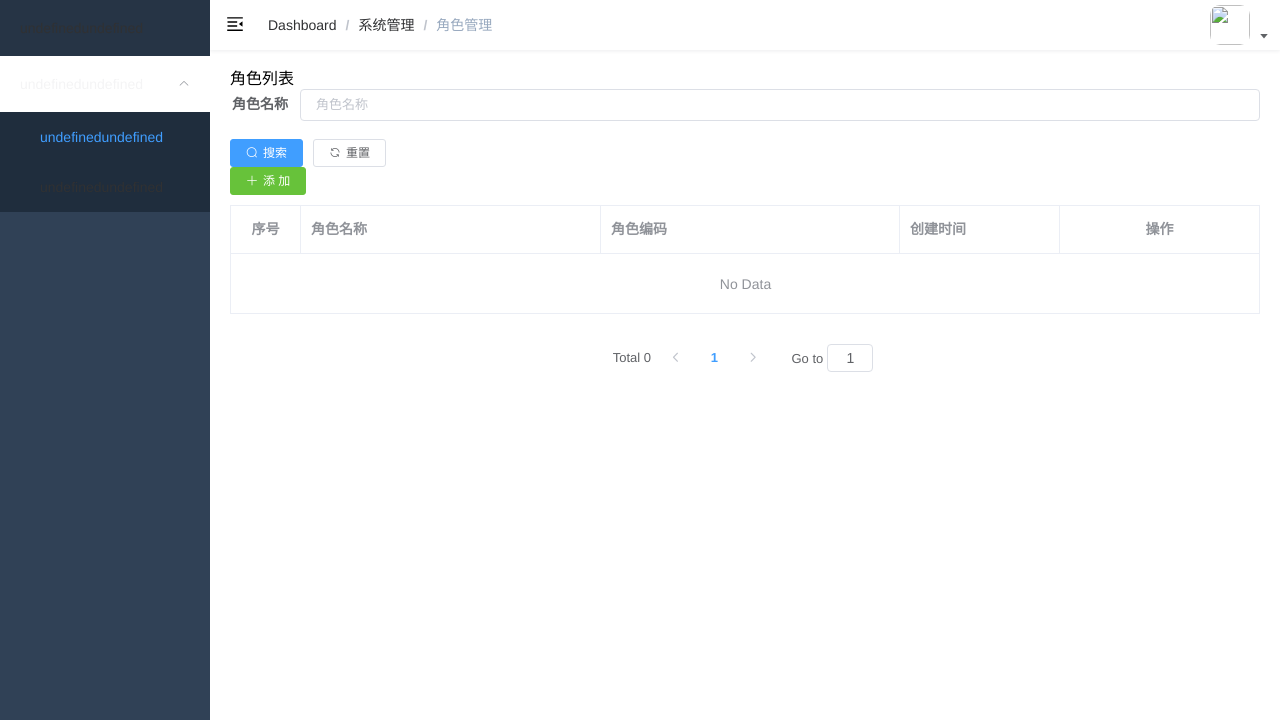
Repository: Ragnarokoo/perm-auth-front
Page: /#/system/sysRole (app in system-front/)
These files come from the project's save history. The page is drawn as it stood at one moment and after a run of saves; the edit follows.
The browser window is 1280 px wide. The pictures show the whole page.
The page's requests for data from a server got no answer. The project was rebuilt for these pictures with package versions that can differ from the ones it lists, and the page was loaded fresh each time. No one was signed in, and anything a server would have sent is missing. Also part of the build but not shown: system-front/vue.config.js, system-front/src/layout/components/Sidebar/Logo.vue, system-front/src/styles/variables.scss, system-front/src/components/SvgIcon/index.vue. Imported but missing from the stored project, and not drawn on this page: system-front/src/permission.

Above is the page before, as saved 2022-11-01 12:19:09.

After the next 2 saves:
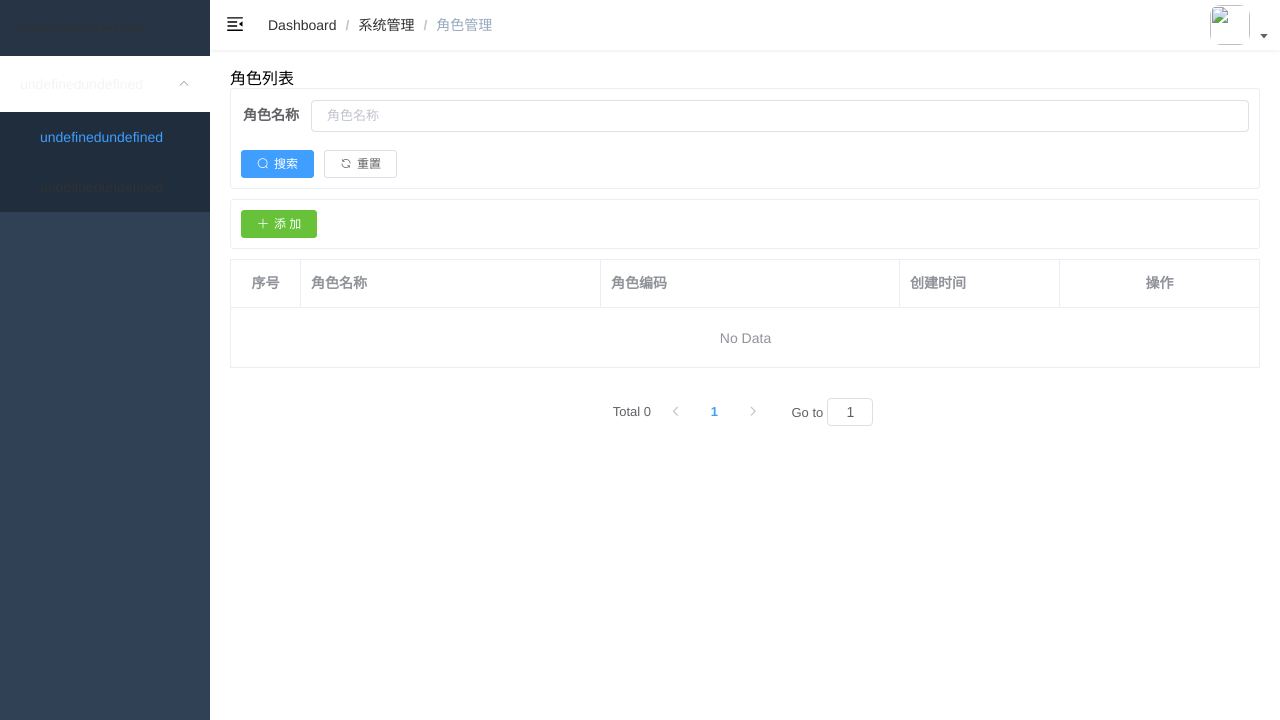
The 2 saves are shown as one change because 1 did not build or start.
The last was saved 50 s later.
--- a/system-front/src/views/system/sysRole/list.vue
+++ b/system-front/src/views/system/sysRole/list.vue
@@ -243,5 +243,16 @@
 	}
 </script>
 
-<style lang="scss" scoped>
+<style lang="css" scoped>
+	.search-div {
+		padding: 10px;
+		border: 1px solid #ebeef5;
+		border-radius: 3px;
+	}
+	.tools-div {
+		margin-top: 10px;
+		padding: 10px;
+		border: 1px solid #ebeef5;
+		border-radius: 3px;
+	}
 </style>
